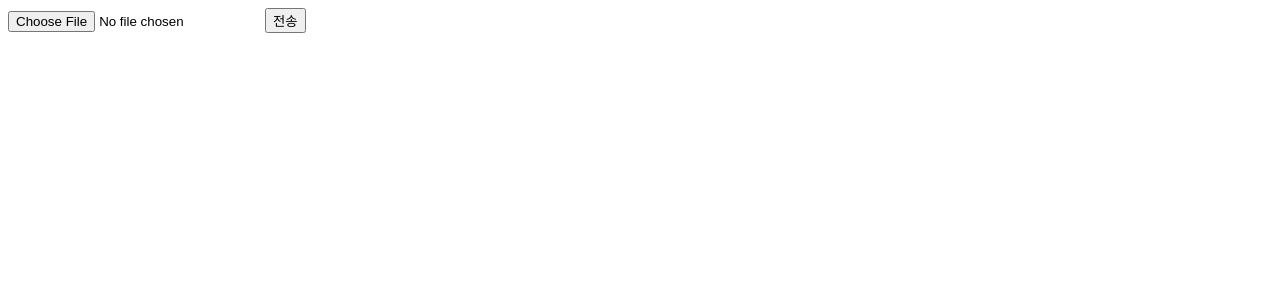
Repository: daehyeonhong/HTML
Page: ch03/WebContent/file태그.html
An editor plug-in stored every save of this project. The page is shown before and after the next save, followed by the edit.
The browser window is 1280 px wide. The pictures show the whole page.

Above is the page before, as saved 2020-05-18 06:45:47.

### ch03/WebContent/file태그.html
<!DOCTYPE html><html><head>
<meta charset="UTF-8">
<title>file전송태그</title>
</head>
<body>
<form>
<input type="file"accept="image/jpg,image/gif">
<input type="submit"value="전송">
</form>
</body>
</html>

After the next save:
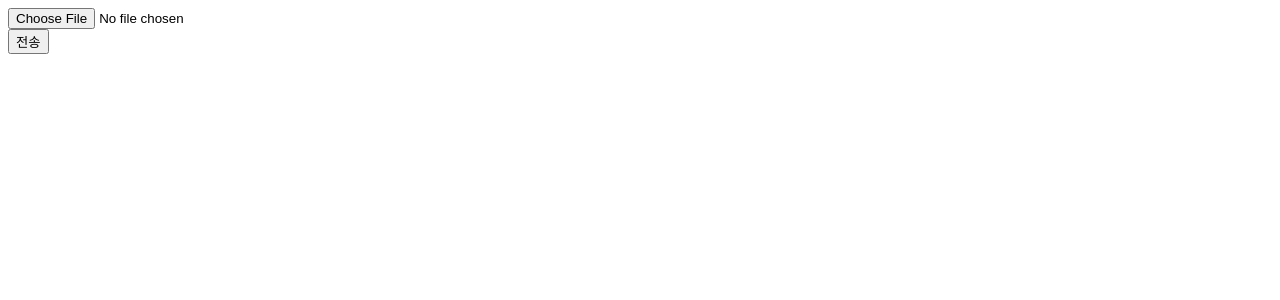
Saved 20 s later.
--- a/ch03/WebContent/file태그.html
+++ b/ch03/WebContent/file태그.html
@@ -4,7 +4,7 @@
 </head>
 <body>
 <form>
-<input type="file"accept="image/jpg,image/gif">
+<input type="file"accept="image/jpg,image/gif"><br>
 <input type="submit"value="전송">
 </form>
 </body>
